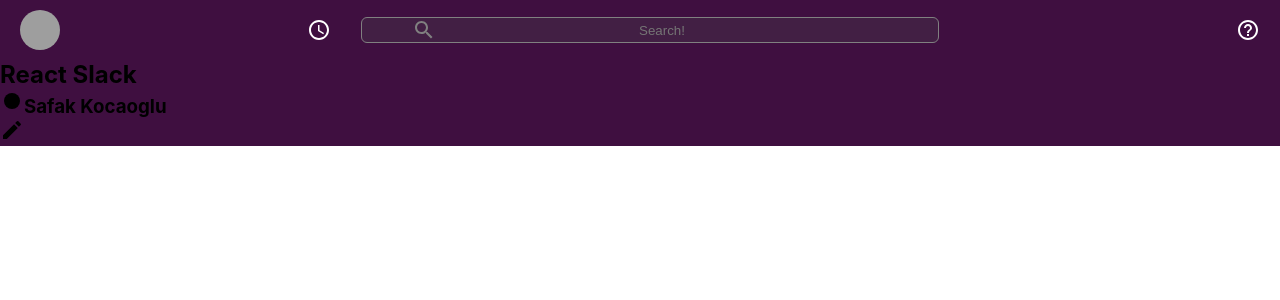
Repository: mminhaz93/React-Slack-Clone
Page: /
The author's editor kept a copy of each file at every save. The page is drawn from the files as they stood at one save, then again after the next save.
The browser window is 1280 px wide. The pictures show the whole page.
Pictures or frames that could not be fetched are drawn as grey boxes. The project was rebuilt for these pictures with package versions that can differ from the ones it lists, and the page was loaded fresh each time.

Above is the page before, as saved 2020-08-13 20:57:25.

### src/index.css
* {
  margin: 0;
}

body {
  margin: 0;
  font-family: -apple-system, BlinkMacSystemFont, 'Segoe UI', 'Roboto', 'Oxygen',
    'Ubuntu', 'Cantarell', 'Fira Sans', 'Droid Sans', 'Helvetica Neue',
    sans-serif;
  -webkit-font-smoothing: antialiased;
  -moz-osx-font-smoothing: grayscale;
}

code {
  font-family: source-code-pro, Menlo, Monaco, Consolas, 'Courier New',
    monospace;
}

### src/App.js
import React from 'react';
import './App.css';
import Header from "./components/Header"
import Sidebar from "./components/Sidebar"

function App() {
  return (
    <div className="App">
      <Header />
      <div className="appBody">
        <Sidebar />
      </div>
    </div>
  );
}

export default App;

### src/components/Header.js
import React from "react";
import "./Header.css";
import { Avatar } from "@material-ui/core";
import { AccessTime, Search, HelpOutline } from "@material-ui/icons";

const Header = () => {
  return (
    <div className="header">
      <div className="headerLeft">
        <Avatar className="headerAvatar" alt="Safak" src="safak" />
        <AccessTime />
      </div>
      <div className="headerSearch">
        <Search />
        <input placeholder="Search!" />
      </div>
      <div className="headerRight">
        <HelpOutline />
      </div>
    </div>
  );
};

export default Header;

### src/components/Sidebar.js
import React from "react";
import "./Sidebar.css";
import { FiberManualRecord, Create } from "@material-ui/icons";

const Sidebar = () => {
  return (
    <div className="sidebar">
      <div className="sidebarHeader">
        <div className="sidebarInfo">
          <h2>React Slack</h2>
          <h3>
            <FiberManualRecord />
            Safak Kocaoglu
          </h3>
        </div>
        <Create/>
      </div>
    </div>
  );
};

export default Sidebar;

### src/components/Header.css
.header {
  display: flex;
  align-items: center;
  justify-content: space-between;
  padding: 10px 0;
  background-color: var(--slack-color);
  color: white;
}

.headerLeft {
  flex: 0.3;
  display: flex;
  align-items: center;
  margin-left: 20px;
}

.headerLeft > .MuiSvgIcon-root {
  margin-left: auto;
  margin-right: 30px;
}

.headerSearch {
  flex: 0.4;
  background-color: #421f44;
  text-align: center;
  display: flex;
  padding: 0 50px;
  color: gray;
  border: 1px solid gray;
  border-radius: 6px;
}

.headerSearch > input {
  background-color: transparent;
  border: none;
  text-align: center;
  min-width: 35vw;
}

.headerRight {
  flex: 0.3;
  display: flex;
  align-items: flex-end;
}

.headerRight > .MuiSvgIcon-root {
    margin-left: auto;
    margin-right: 20px;
  }

### src/components/Sidebar.css
.sidebar{
    background-color: var(--slack-color);
}

Loaded but not shown: public/index.html (common file); src/index.js (common file); src/serviceWorker.js (common file); src/App.css (common file)

After the next save:
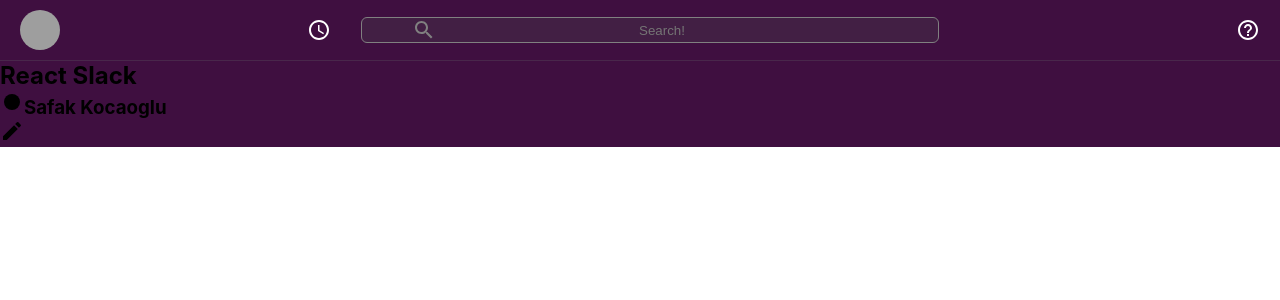
Saved 28 s later.
--- a/src/components/Sidebar.css
+++ b/src/components/Sidebar.css
@@ -1,3 +1,4 @@
-.sidebar{
-    background-color: var(--slack-color);
+.sidebar {
+  background-color: var(--slack-color);
+  border-top: 1px solid #49274b;
 }
